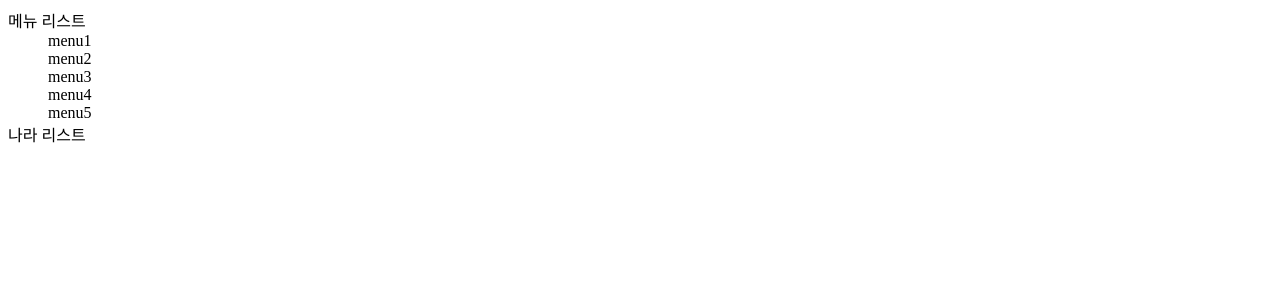
Repository: ygs3004/StudyHTML_CSS
Page: web project 01/src/main/webapp/chapter03/exam03_02.html
An editor plug-in stored every save of this project. The page is shown before and after the next save, followed by the edit.
The browser window is 1280 px wide. The pictures show the whole page.

Above is the page before, as saved 2022-08-04 05:17:03.

### web project 01/src/main/webapp/chapter03/exam03_02.html
<!DOCTYPE html>
<html>
<head>
<meta charset="EUC-KR">
<title>Insert title here</title>
</head>
<body>
<dt>메뉴 리스트</dt>
<dd>menu1</dd>
<dd>menu2</dd>
<dd>menu3</dd>
<dd>menu4</dd>
<dd>menu5</dd>

<dt>나라 리스트</dt>

</body>
</html>

After the next save:
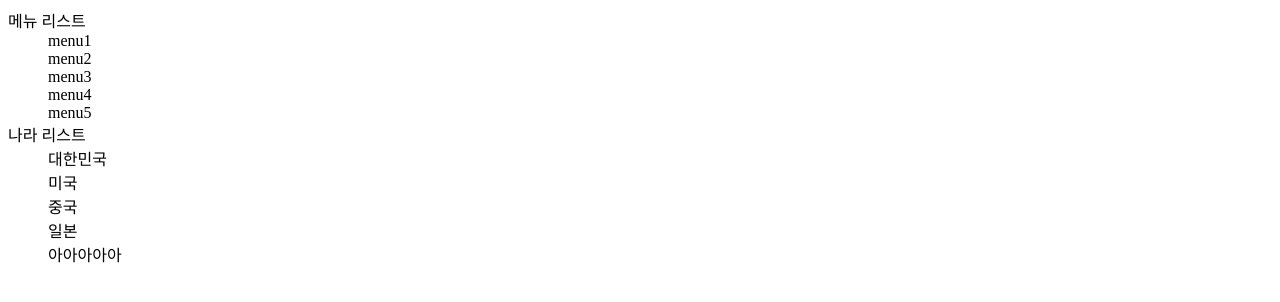
Saved 26 s later.
--- a/web project 01/src/main/webapp/chapter03/exam03_02.html
+++ b/web project 01/src/main/webapp/chapter03/exam03_02.html
@@ -13,6 +13,11 @@
 <dd>menu5</dd>
 
 <dt>나라 리스트</dt>
+<dd>대한민국</dd>
+<dd>미국</dd>
+<dd>중국</dd>
+<dd>일본</dd>
+<dd>아아아아아</dd>
 
 </body>
 </html>
